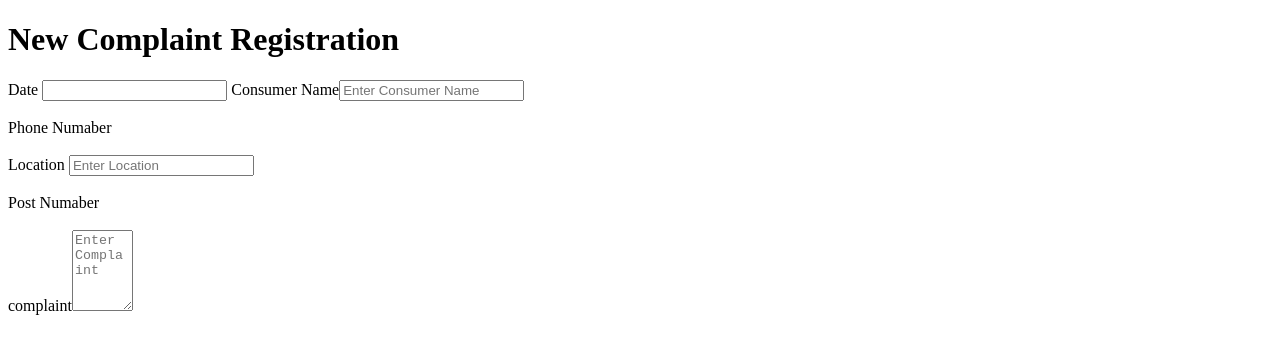
Repository: Jobinte/KSEB-PROJECT
Page: KSEB-complaint-management/WebContent/complaintRegistration.html
The author's editor kept a copy of each file at every save. The page is drawn from the files as they stood at one save, then again after the next save.
The browser window is 1280 px wide. The pictures show the whole page.

Above is the page before, as saved 2023-11-22 03:00:59.
Not found: KSEB-complaint-management/WebContent/css/complaintReg.css

### KSEB-complaint-management/WebContent/complaintRegistration.html
<!DOCTYPE html>
<html>
<head>
<meta charset="ISO-8859-1">
<title>complaint registration</title>

<link href="css/complaintReg.css" rel="stylesheet" type="text/css" />



</head>
<body>
	<div class="complaintReg">
		<h1 id="heading">New Complaint Registration</h1>

		<form action="#" name="complaintReg" id="complaintReg" method="post">
			Date <input type="date/">
			Consumer Name<input type="text" name="consumerName" placeholder="Enter Consumer Name" /> <br> <br>
			Phone Numaber<inpu type="text" name="phone" placeholder="enter Phone Numaber " /> <br> <br>
			Location <input type="text" name="location" placeholder="Enter Location " /> <br> <br>
			Post Numaber<inpu type="text" name="post" placeholder="enter Post Numaber  " /> <br> <br>
			complaint<textarea rows="5" cols="5" name="complaint" type="text" placeholder="Enter Complaint"></textarea>

			</form>
			</div>
			</body>
			</html>

After the next save:
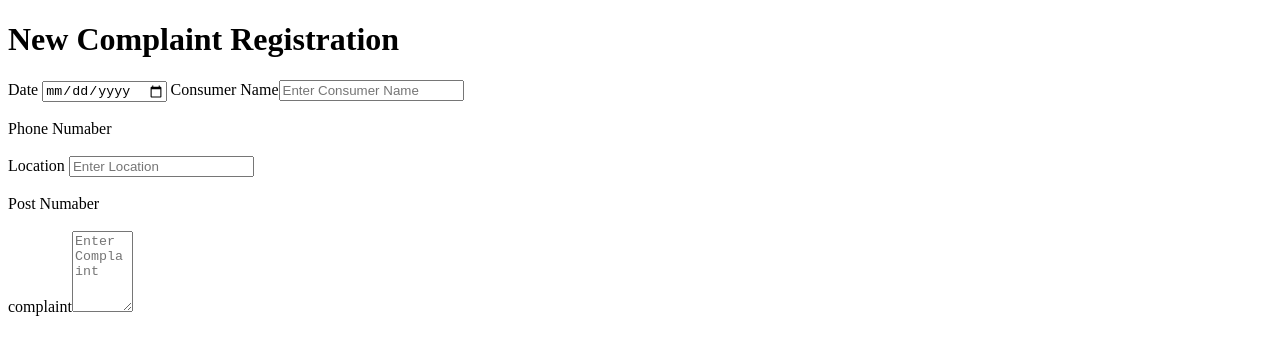
Saved 16 s later.
--- a/KSEB-complaint-management/WebContent/complaintRegistration.html
+++ b/KSEB-complaint-management/WebContent/complaintRegistration.html
@@ -14,7 +14,7 @@
 		<h1 id="heading">New Complaint Registration</h1>
 
 		<form action="#" name="complaintReg" id="complaintReg" method="post">
-			Date <input type="date/">
+			Date <input type="date" />
 			Consumer Name<input type="text" name="consumerName" placeholder="Enter Consumer Name" /> <br> <br>
 			Phone Numaber<inpu type="text" name="phone" placeholder="enter Phone Numaber " /> <br> <br>
 			Location <input type="text" name="location" placeholder="Enter Location " /> <br> <br>
